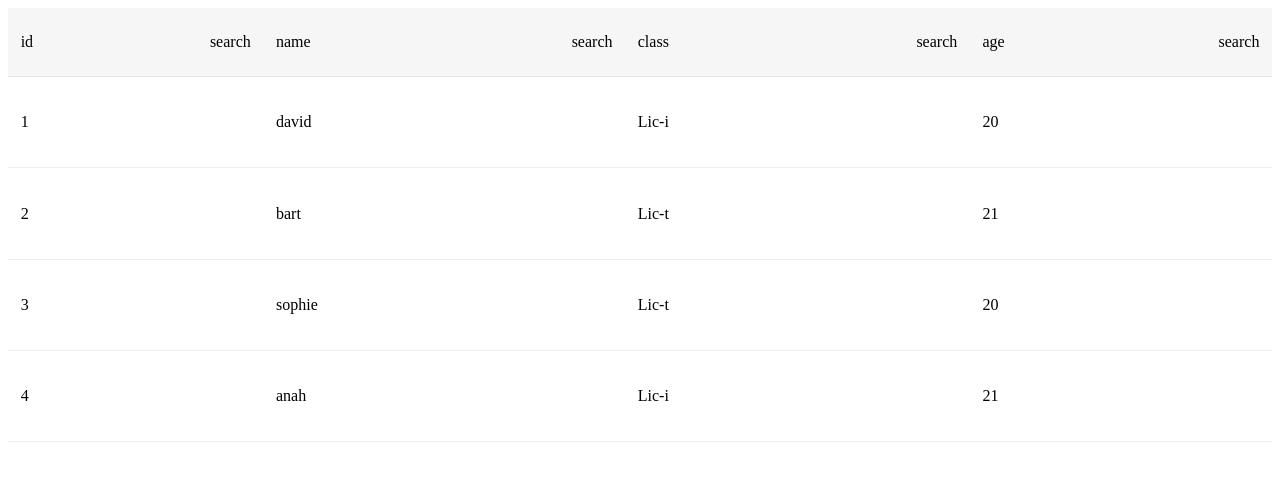
Repository: mrDav90/simple-htmlTable-generator
Page: index.html
An editor plug-in stored every save of this project. The page is shown before and after the next save, followed by the edit.
The browser window is 1280 px wide. The pictures show the whole page.

Above is the page before, as saved 2022-08-09 18:09:55.

After the next save:
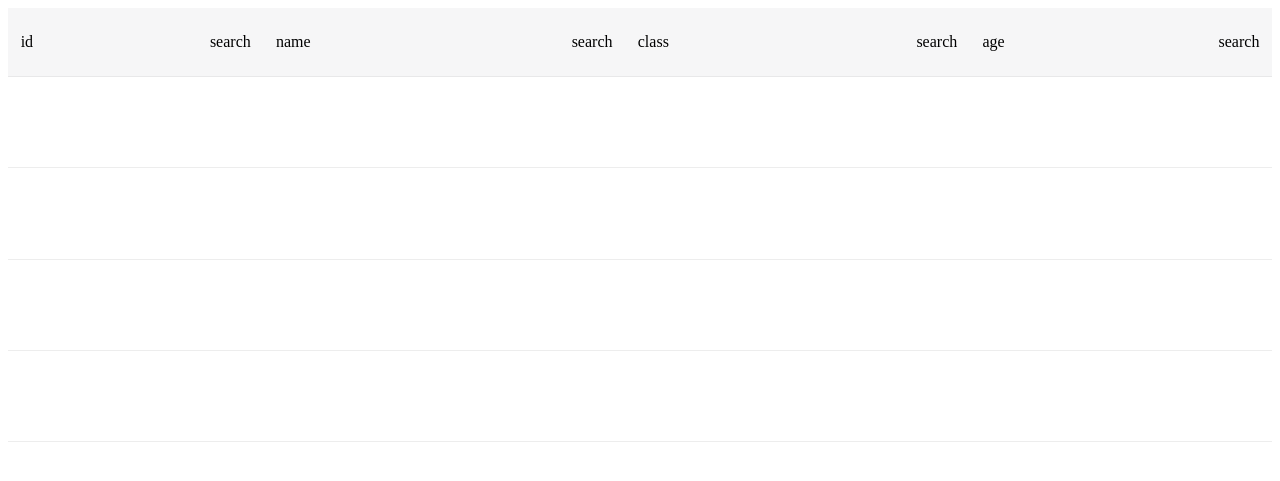
Saved 74 s later.
--- a/table.js
+++ b/table.js
@@ -52,7 +52,7 @@
             for (const [key , value] of Object.entries(data[i]) ) {
                 //console.log(`${key}: ${value}`);
                 td = document.createElement("td");
-                td.textContent = value ? value : "not specified"
+                td.innerContent = value ? value : "not specified"
                 tr.appendChild(td);
             }
             table.appendChild(tr);

After the save that followed:
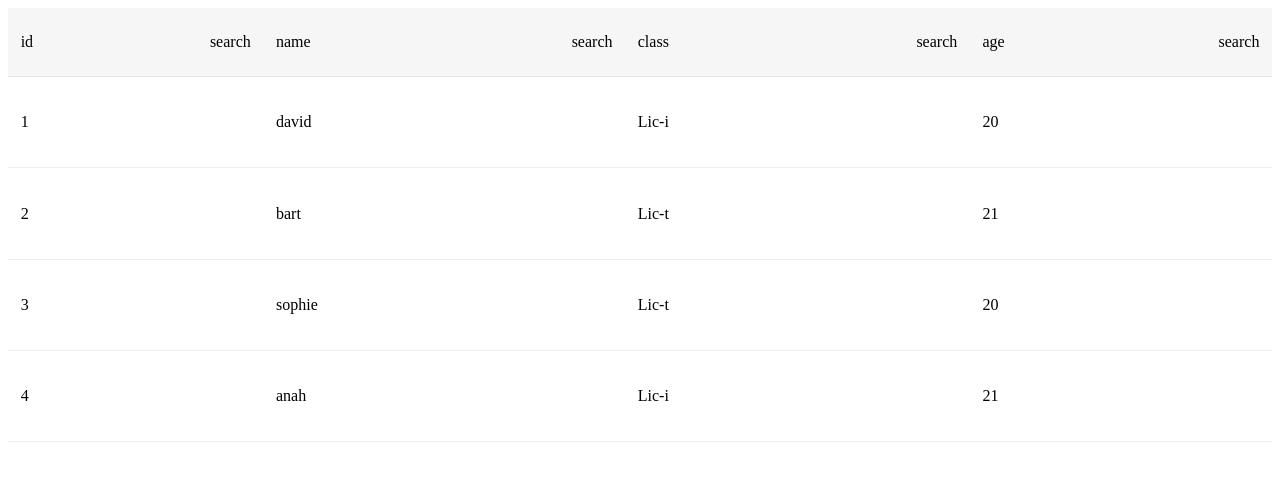
Saved 8 s later.
--- a/table.js
+++ b/table.js
@@ -52,7 +52,7 @@
             for (const [key , value] of Object.entries(data[i]) ) {
                 //console.log(`${key}: ${value}`);
                 td = document.createElement("td");
-                td.innerContent = value ? value : "not specified"
+                td.textContent = value ? value : "not specified"
                 tr.appendChild(td);
             }
             table.appendChild(tr);
